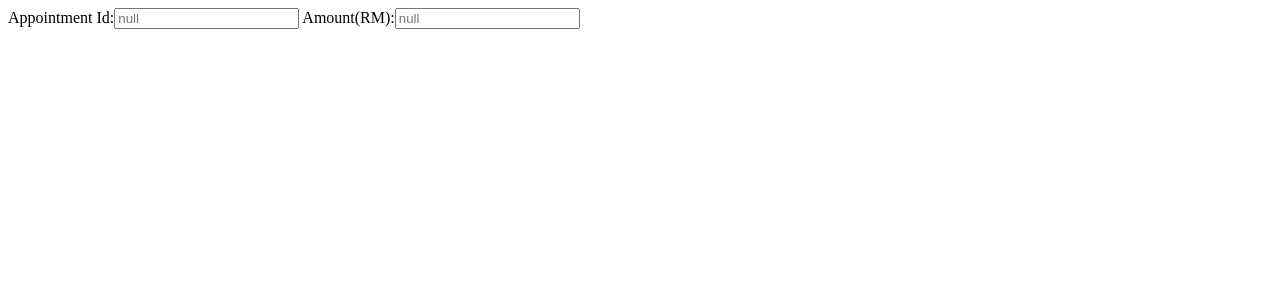
Repository: anujsoni10001/JSP-Servlet
Page: http://localhost/Minor/MakePayment.jsp
The author's editor kept a copy of each file at every save. The page is drawn from the files as they stood at one save, then again after the next save.
The browser window is 1280 px wide. The pictures show the whole page.
The page is served by Tomcat 9. Other server files are loaded and not shown.

Above is the page before, as saved 2019-03-22 10:08:01.

### FinalProject/minor - Copy/Minor/WebContent/MakePayment.jsp
<%
String apt_id=request.getParameter("a_id");
String chargesRM=request.getParameter("charges");
%>
<%@ page language="java" contentType="text/html; charset=ISO-8859-1"
    pageEncoding="ISO-8859-1"%>
<!DOCTYPE html PUBLIC "-//W3C//DTD HTML 4.01 Transitional//EN" "http://www.w3.org/TR/html4/loose.dtd">
<html>
<head>
<meta http-equiv="Content-Type" content="text/html; charset=ISO-8859-1">
<title>Payment</title>
</head>
<body>
<form>
Appointment Id:<input type="text" placeholder=<%=apt_id%>>
Amount(RM):<input type="text" placeholder="<%=chargesRM%>">

</form>
</body>
</html>

After the next save:
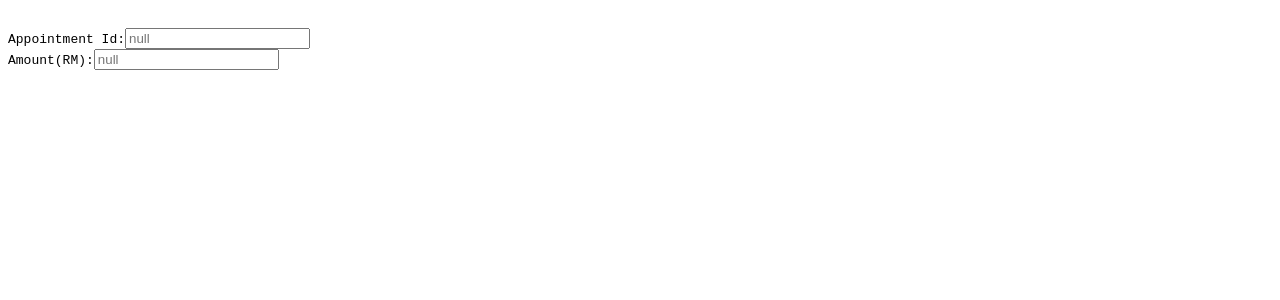
Saved 35 s later.
--- a/FinalProject/minor - Copy/Minor/WebContent/MakePayment.jsp
+++ b/FinalProject/minor - Copy/Minor/WebContent/MakePayment.jsp
@@ -11,10 +11,12 @@ String chargesRM=request.getParameter("charges");
 <title>Payment</title>
 </head>
 <body>
+<pre>
 <form>
 Appointment Id:<input type="text" placeholder=<%=apt_id%>>
 Amount(RM):<input type="text" placeholder="<%=chargesRM%>">
 
 </form>
+</pre>
 </body>
 </html>
